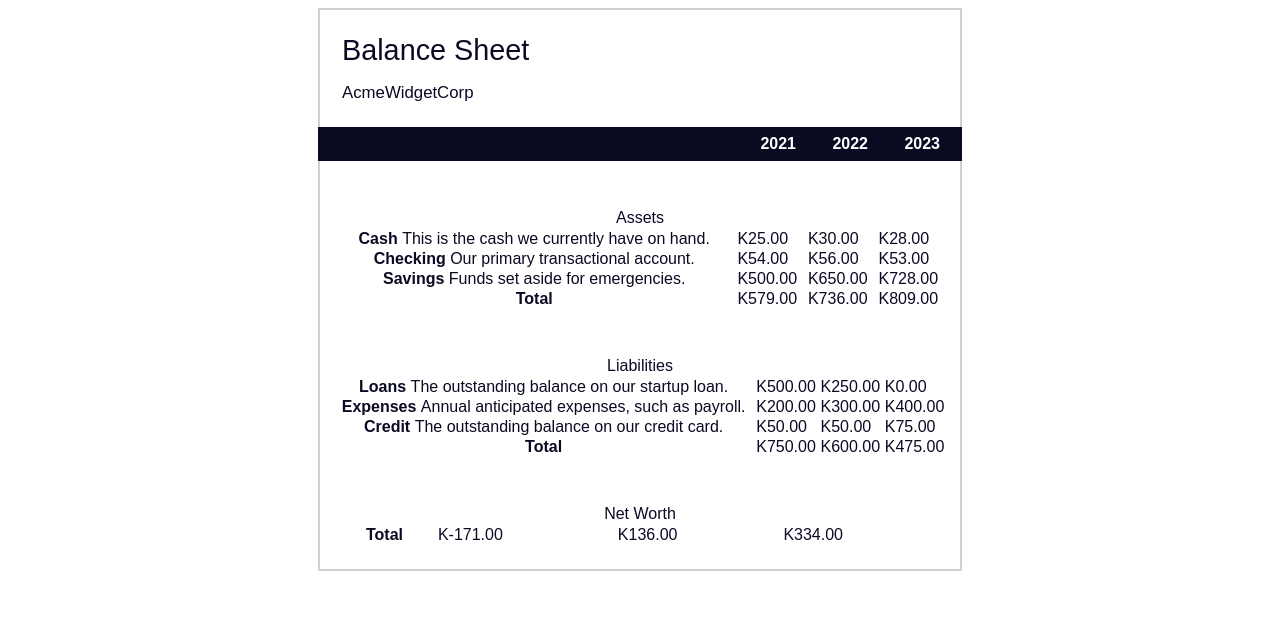
Repository: Lungdjos/balance_shee
Page: index.html
These files come from the project's save history. The page is drawn as it stood at one moment and after the next save; the edit follows.
The browser window is 1280 px wide. The pictures show the whole page.

Above is the page before, as saved 2023-11-04 22:12:22.

After the next save:
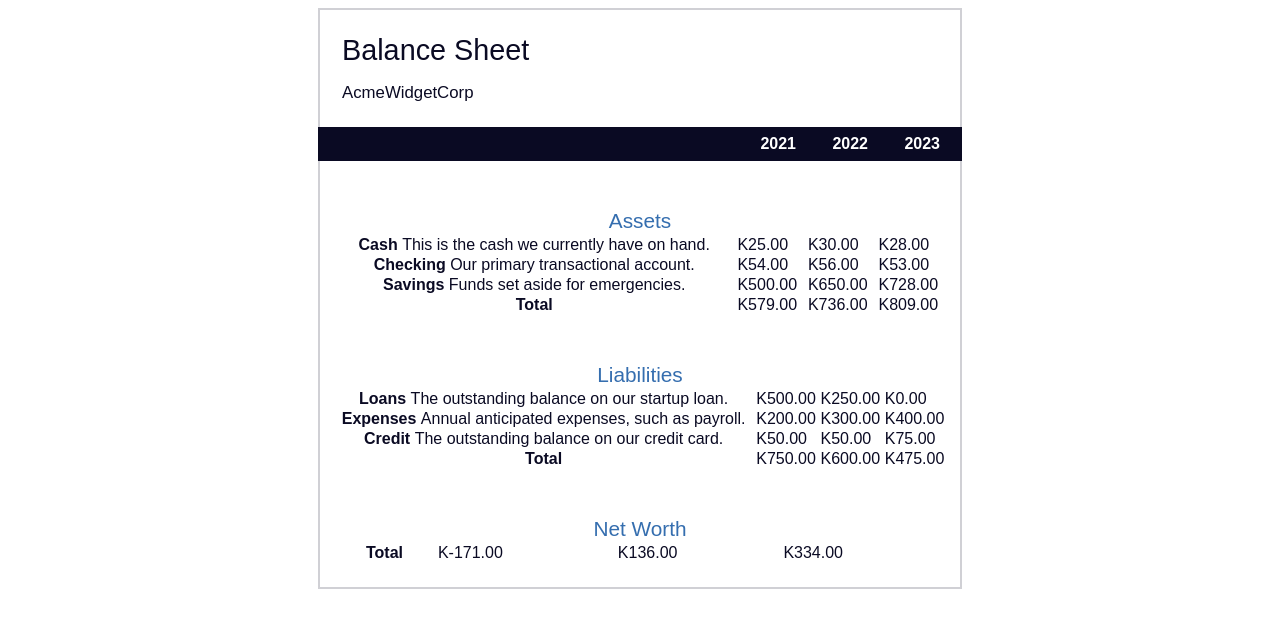
Saved 116 s later.
--- a/styles.css
+++ b/styles.css
@@ -84,3 +84,9 @@ table {
     position: relative;
     margin-top: 3rem;
 }
+
+table caption {
+    color: #356eaf;
+    font-weight: normal;
+    font-size: 1.3em;
+}
